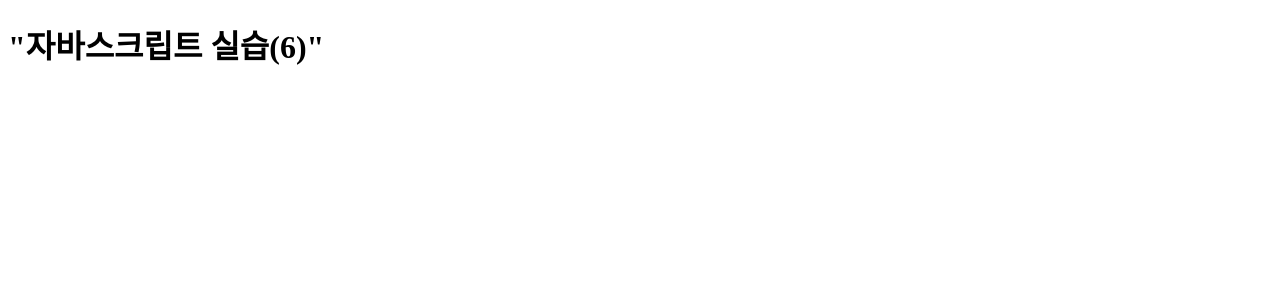
Repository: jhsnex123/web_study
Page: edu/src/main/webapp/jsexam/exercise6.html
The author's editor kept a copy of each file at every save. The page is drawn from the files as they stood at one save, then again after the next save.
The browser window is 1280 px wide. The pictures show the whole page.

Above is the page before, as saved 2024-09-23 05:40:55.
Console error: ReferenceError: sum is not defined

After the next save:
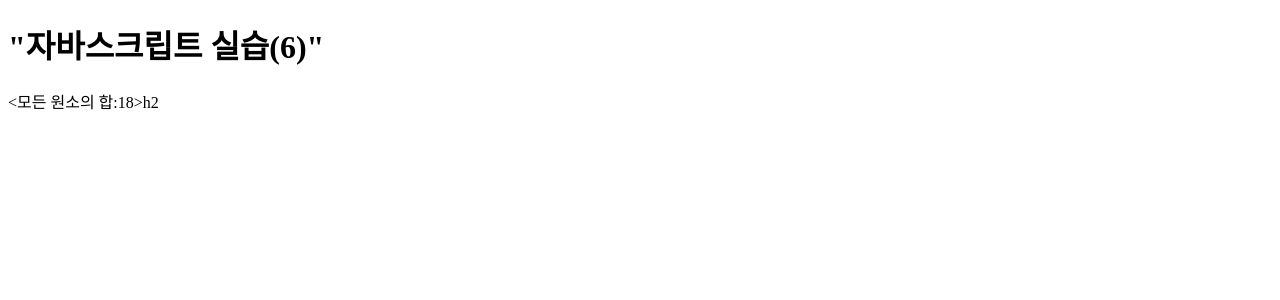
The error is gone.
Saved 51 s later.
--- a/edu/src/main/webapp/jsexam/exercise6.html
+++ b/edu/src/main/webapp/jsexam/exercise6.html
@@ -46,7 +46,7 @@
      var ary = [10, 5, 7, 21, 4, 8, 18];
  	for(let i=0; i < ary.length; i++)
  		getsum = ary[i];
- 		write("h2","모든 원소의 합:" + sum , "h2");
+ 		write("h2","모든 원소의 합:" + getsum , "h2");
 /*  	hr();
  	for(let i in ary) // foreach
  		writeColor(ary[i], "h3", "red");
